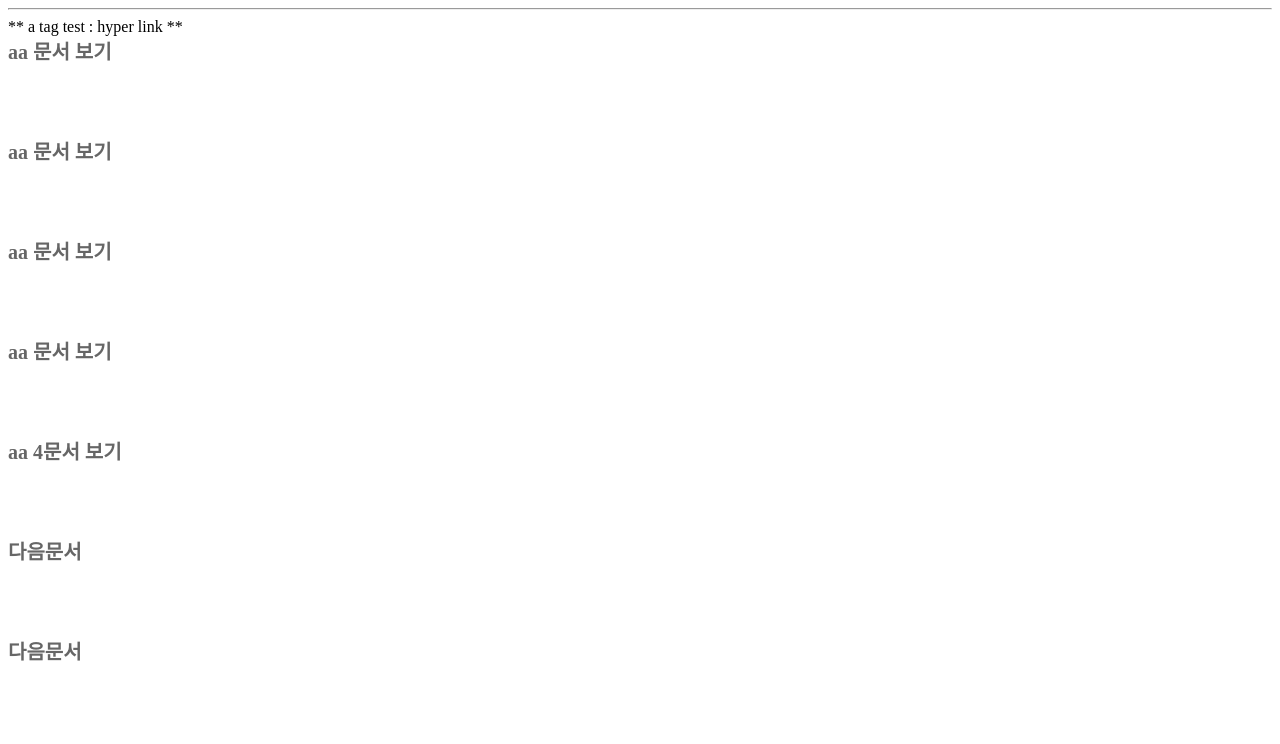
Repository: lsgsg/lsgsg
Page: wsou/webBasic/WebContent/cc.html
An editor plug-in stored every save of this project. The page is shown before and after a run of saves, followed by the edit.
The browser window is 1280 px wide. The pictures show the whole page.

Above is the page before, as saved 2018-08-14 04:03:42.

### wsou/webBasic/WebContent/cc.html
<!DOCTYPE html>
<html>
<head>
<meta charset="UTF-8">
<title>이미지와 링크에 대해서</title>
<style>
	.imgStyle { }
	a{ text-decoration : none;
	   color : #666;
	   font-size : 20px;
	   font-weight:bold;
	   width:200px;
	   height:100px;
	   display:block;

	   }
	img {width:100%; height:100%;}
</style>
</head>
<body>
<!--
<div class = 'imgStyle'>
	<a href = "http://www.naver.com" target = "_blank">
		<img src = "image/mouse.png" title ="툴팁">
	</a>
	<a href = "http://www.daum.net" target = "_blank">
		<img src = "image/menu1.jpg" title ="툴팁2" width = "50%" align = "right">
	</a>
	<a href = "#">
		<img src ="https://t1.daumcdn.net/daumtop_chanel/op/20170315064553027.png" alt="네이버 이미지">
	</a>
	<embed src ="image/mycafe.swf"  autostart="true" alt="원래는 비디오 사운드 파일을 담는 태그">
</div>
-->
<hr>
** a tag test : hyper link ** <br>
<a href="aa.html"> aa 문서 보기 </a>
<a href="aa.html" target = "_new"> aa 문서 보기 </a>
<a href="aa.html" target = "_blank"> aa 문서 보기 </a>
<a href="aa.html" target = "_self"> aa 문서 보기 </a>
<a href="http://192.168.0.18/webBasic/aa.html"> aa 4문서 보기 </a>
<a href ="http://www.daum.net">다음문서</a>
<a href ="http://www.daum.net:80/index.html">다음문서</a>
</body>
</html>

After the next 2 saves:
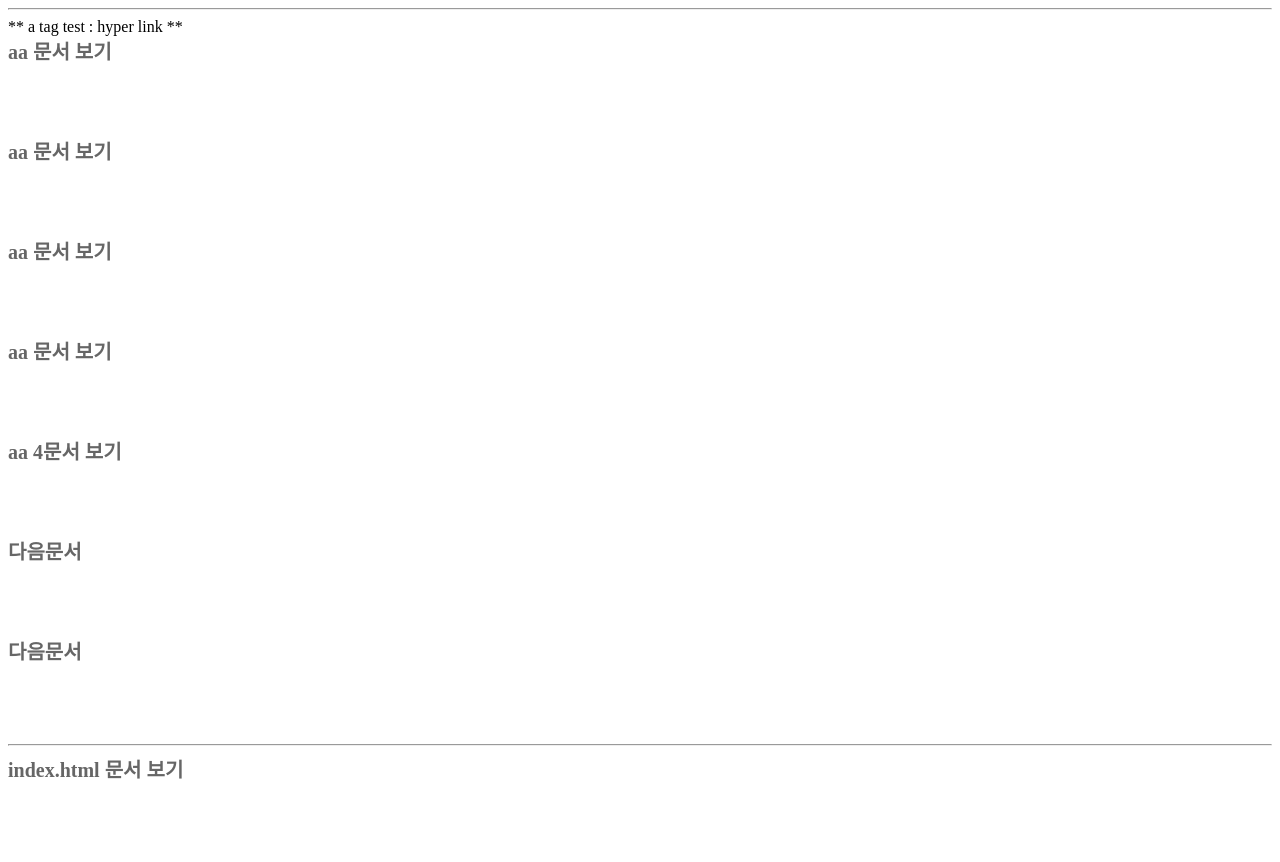
The 2 saves are shown as one change because they came seconds apart.
The last was saved 52 s later.
--- a/wsou/webBasic/WebContent/cc.html
+++ b/wsou/webBasic/WebContent/cc.html
@@ -41,5 +41,10 @@
 <a href="http://192.168.0.18/webBasic/aa.html"> aa 4문서 보기 </a>
 <a href ="http://www.daum.net">다음문서</a>
 <a href ="http://www.daum.net:80/index.html">다음문서</a>
+
+
+
+<hr>
+<a href="http://192.168.0.18/index.html"> index.html 문서 보기 </a>
 </body>
 </html>
